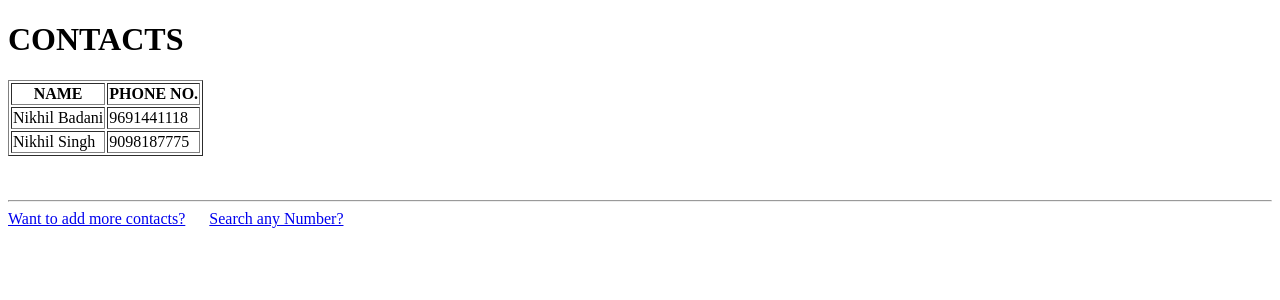
Repository: nikhilbad7/jsp-practicals
Page: http://localhost/classwork/exp13show.jsp
The author's editor kept a copy of each file at every save. The page is drawn from the files as they stood at one save, then again after the next save.
The browser window is 1280 px wide. The pictures show the whole page.
The page is served by Tomcat 9. The database holds what the project's SQL file puts in it.

Above is the page before, as saved 2018-04-12 06:55:58.

After the next save:
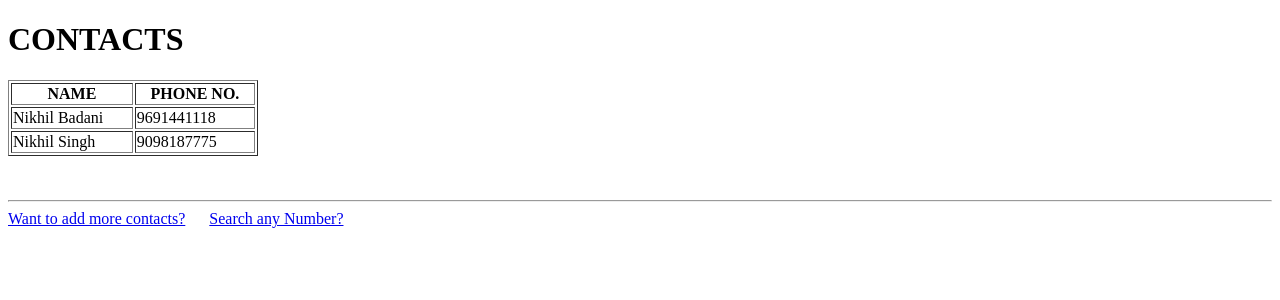
Saved 4 min 1 s later.
--- a/classwork/WebContent/exp13show.jsp
+++ b/classwork/WebContent/exp13show.jsp
@@ -26,7 +26,7 @@ Statement stmt=con.createStatement();
 String q = "select * from contacts";
 ResultSet rs=stmt.executeQuery(q);
 %>
-<table border=1>
+<table border=1 width=250px>
 <tr>
 	<th>NAME</th>
 	<th>PHONE NO.</th>
